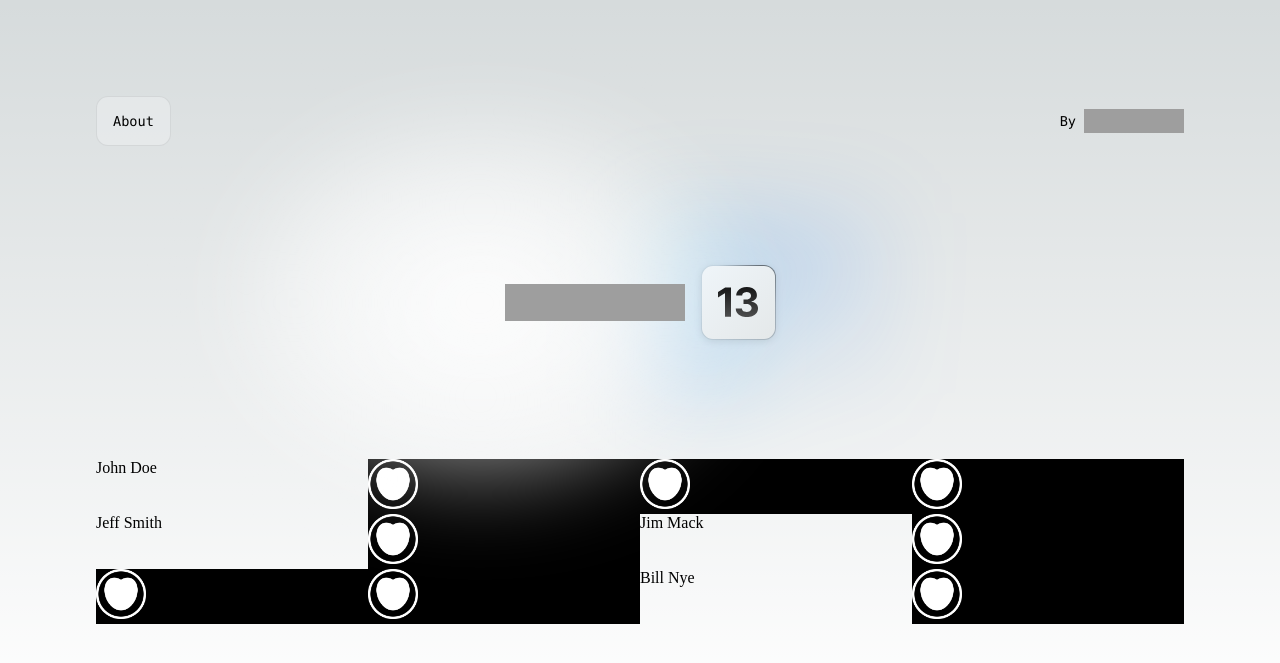
Repository: karthur1/class-example-3
Page: /
The author's editor kept a copy of each file at every save. The page is drawn from the files as they stood at one save, then again after the next save.
The browser window is 1280 px wide. The pictures show the whole page.
Pictures or frames that could not be fetched are drawn as grey boxes. The project was rebuilt for these pictures with package versions that can differ from the ones it lists, and the page was loaded fresh each time. The framework's server and built-in components were replaced by stand-ins that run in the browser. Also part of the build but not shown: next.config.js.

Above is the page before, as saved 2023-01-21 00:07:16.

### pages/index.js
import Head from 'next/head'
import Image from 'next/image'
import { Inter } from '@next/font/google'
import styles from '@/styles/Home.module.css'
import data from '../data/employees.json'
import {useState} from 'react'
import Card from '../components/Card'
import Link from 'next/link'


const inter = Inter({ subsets: ['latin'] })

export default function Home() {

  console.log(data)
  const [information, setInformation] = useState([...data])
  console.log(information)

  return (
    <>
      <Head>
        <title>Create Next App</title>
        <meta name="description" content="Generated by create next app" />
        <meta name="viewport" content="width=device-width, initial-scale=1" />
        <link rel="icon" href="/favicon.ico" />
      </Head>
      <main className={styles.main}>
        <div className={styles.description}>
          <p>
          <Link href="about">About</Link>

          </p>
          <div>
            <a
              href="https://vercel.com?utm_source=create-next-app&utm_medium=default-template&utm_campaign=create-next-app"
              target="_blank"
              rel="noopener noreferrer"
            >
              By{' '}
              <Image
                src="/vercel.svg"
                alt="Vercel Logo"
                className={styles.vercelLogo}
                width={100}
                height={24}
                priority
              />
            </a>
          </div>
        </div>

        <div className={styles.center}>
          <Image
            className={styles.logo}
            src="/next.svg"
            alt="Next.js Logo"
            width={180}
            height={37}
            priority
          />
          <div className={styles.thirteen}>
            <Image
              src="/thirteen.svg"
              alt="13"
              width={40}
              height={31}
              priority
            />
          </div>
        </div>

        <div className={styles.grid}>
          <div>John Doe</div>
          {information && information.map((info, index) => {
            if(info.department === "Business") {
              return(
              <Card key={index} degree={info.degree} colour="black" font="20px"/>
            )
          }
        })}
                  <div>Jeff Smith</div>
          {information && information.map((info, index) => {
            if(info.department === "Computing") {

             return(
              <Card key={index} degree={info.degree} colour="black" font="20px"/>
             )
          }
        })}
                    <div>Jim Mack</div>
          {information && information.map((info, index) => {
            if(info.department === "Business") {

             return(
              <Card key={index} degree={info.degree} colour="black" font="20px"/>
             )
          }
        })}
                    <div>Bill Nye</div>
          {information && information.map((info, index) => {
            if(info.department === "Computing") {

             return(
              <Card key={index} degree={info.degree} colour="black" font="20px"/>
             )
          }
        })}
        </div>
      </main>
    </>
  )
}

### styles/Home.module.css
.main {
  display: flex;
  flex-direction: column;
  justify-content: space-between;
  align-items: center;
  padding: 6rem;
  min-height: 100vh;
}

.description {
  display: inherit;
  justify-content: inherit;
  align-items: inherit;
  font-size: 0.85rem;
  max-width: var(--max-width);
  width: 100%;
  z-index: 2;
  font-family: var(--font-mono);
}

.description a {
  display: flex;
  justify-content: center;
  align-items: center;
  gap: 0.5rem;
}

.description p {
  position: relative;
  margin: 0;
  padding: 1rem;
  background-color: rgba(var(--callout-rgb), 0.5);
  border: 1px solid rgba(var(--callout-border-rgb), 0.3);
  border-radius: var(--border-radius);
}

.code {
  font-weight: 700;
  font-family: var(--font-mono);
}

.grid {
  display: grid;
  grid-template-columns: repeat(4, minmax(25%, auto));
  width: var(--max-width);
  max-width: 100%;
}



.card {
  padding: 1rem 1.2rem;
  border-radius: var(--border-radius);
  background: rgba(var(--card-rgb), 0);
  border: 1px solid rgba(var(--card-border-rgb), 0);
  transition: background 200ms, border 200ms;
}

.card span {
  display: inline-block;
  transition: transform 200ms;
}

.card h2 {
  font-weight: 600;
  margin-bottom: 0.7rem;
}

.card p {
  margin: 0;
  opacity: 0.6;
  font-size: 0.9rem;
  line-height: 1.5;
  max-width: 30ch;
}

.center {
  display: flex;
  justify-content: center;
  align-items: center;
  position: relative;
  padding: 4rem 0;
}

.center::before {
  background: var(--secondary-glow);
  border-radius: 50%;
  width: 480px;
  height: 360px;
  margin-left: -400px;
}

.center::after {
  background: var(--primary-glow);
  width: 240px;
  height: 180px;
  z-index: -1;
}

.center::before,
.center::after {
  content: '';
  left: 50%;
  position: absolute;
  filter: blur(45px);
  transform: translateZ(0);
}

.logo,
.thirteen {
  position: relative;
}

.thirteen {
  display: flex;
  justify-content: center;
  align-items: center;
  width: 75px;
  height: 75px;
  padding: 25px 10px;
  margin-left: 16px;
  transform: translateZ(0);
  border-radius: var(--border-radius);
  overflow: hidden;
  box-shadow: 0px 2px 8px -1px #0000001a;
}

.thirteen::before,
.thirteen::after {
  content: '';
  position: absolute;
  z-index: -1;
}

/* Conic Gradient Animation */
.thirteen::before {
  animation: 6s rotate linear infinite;
  width: 200%;
  height: 200%;
  background: var(--tile-border);
}

/* Inner Square */
.thirteen::after {
  inset: 0;
  padding: 1px;
  border-radius: var(--border-radius);
  background: linear-gradient(
    to bottom right,
    rgba(var(--tile-start-rgb), 1),
    rgba(var(--tile-end-rgb), 1)
  );
  background-clip: content-box;
}

/* Enable hover only on non-touch devices */
@media (hover: hover) and (pointer: fine) {
  .card:hover {
    background: rgba(var(--card-rgb), 0.1);
    border: 1px solid rgba(var(--card-border-rgb), 0.15);
  }

  .card:hover span {
    transform: translateX(4px);
  }
}

@media (prefers-reduced-motion) {
  .thirteen::before {
    animation: none;
  }

  .card:hover span {
    transform: none;
  }
}

/* Mobile */
@media (max-width: 700px) {
  .content {
    padding: 4rem;
  }

  .grid {
    grid-template-columns: 1fr;
    margin-bottom: 120px;
    max-width: 320px;
    text-align: center;
  }

  .card {
    padding: 1rem 2.5rem;
  }

  .card h2 {
    margin-bottom: 0.5rem;
  }

  .center {
    padding: 8rem 0 6rem;
  }

  .center::before {
    transform: none;
    height: 300px;
  }

  .description {
    font-size: 0.8rem;
  }

  .description a {
    padding: 1rem;
  }

  .description p,
  .description div {
    display: flex;
    justify-content: center;
    position: fixed;
    width: 100%;
  }

  .description p {
    align-items: center;
    inset: 0 0 auto;
    padding: 2rem 1rem 1.4rem;
    border-radius: 0;
    border: none;
    border-bottom: 1px solid rgba(var(--callout-border-rgb), 0.25);
    background: linear-gradient(
      to bottom,
      rgba(var(--background-start-rgb), 1),
      rgba(var(--callout-rgb), 0.5)
    );
    background-clip: padding-box;
    backdrop-filter: blur(24px);
  }

  .description div {
    align-items: flex-end;
    pointer-events: none;
    inset: auto 0 0;
    padding: 2rem;
    height: 200px;
    background: linear-gradient(
      to bottom,
      transparent 0%,
      rgb(var(--background-end-rgb)) 40%
    );
    z-index: 1;
  }
}

/* Tablet and Smaller Desktop */
@media (min-width: 701px) and (max-width: 1120px) {
  .grid {
    grid-template-columns: repeat(2, 50%);
  }
}

@media (prefers-color-scheme: dark) {
  .vercelLogo {
    filter: invert(1);
  }

  .logo,
  .thirteen img {
    filter: invert(1) drop-shadow(0 0 0.3rem #ffffff70);
  }
}

@keyframes rotate {
  from {
    transform: rotate(360deg);
  }
  to {
    transform: rotate(0deg);
  }
}

### data/employees.json
[
    {
        "firstName": "John Doe",
        "favouriteFood": "Pizza",
        "bloodType": "AB",
        "department": "Business",
        "degree": "Finance",
        "graduted": 2004
    },
    {
        "firstName": "Jeff Smith",
        "favouriteFood": "Cake",
        "bloodType": "A",
        "department": "Business",
        "degree": "Finance",
        "graduted": 2009
    },
    {
        "firstName": "Jim Mack",
        "favouriteFood": "Pizza",
        "bloodType": "A",
        "department": "Business",
        "degree": "Business",
        "graduted": 2009
    },
    {
        "firstName": "Bill Nye",
        "favouriteFood": "Cake",
        "bloodType": "A",
        "department": "Computing",
        "degree": "Business",
        "graduted": 2010
    }
]

### components/Card/index.js
export default function Card( {
   degree = "none",
   colour = "purple",
   font = "0",
   images = "icons/icon3.png"

    }) {   return(
        <div style={{backgroundColor: colour, fontSize:font}}>
                {
                    colour === "black" ? <img src={'icons/icon2.png'} width="50"/>:
                    colour === "black" ? <img src={'icons/icon3.jpg'} width="50"/>:
                                        <img src={images} width="50"/>
                }
                {degree}

        </div>
    )
}

Loaded but not shown: pages/_app.js (common file); pages/_document.js (common file); styles/globals.css (common file)

After the next save:
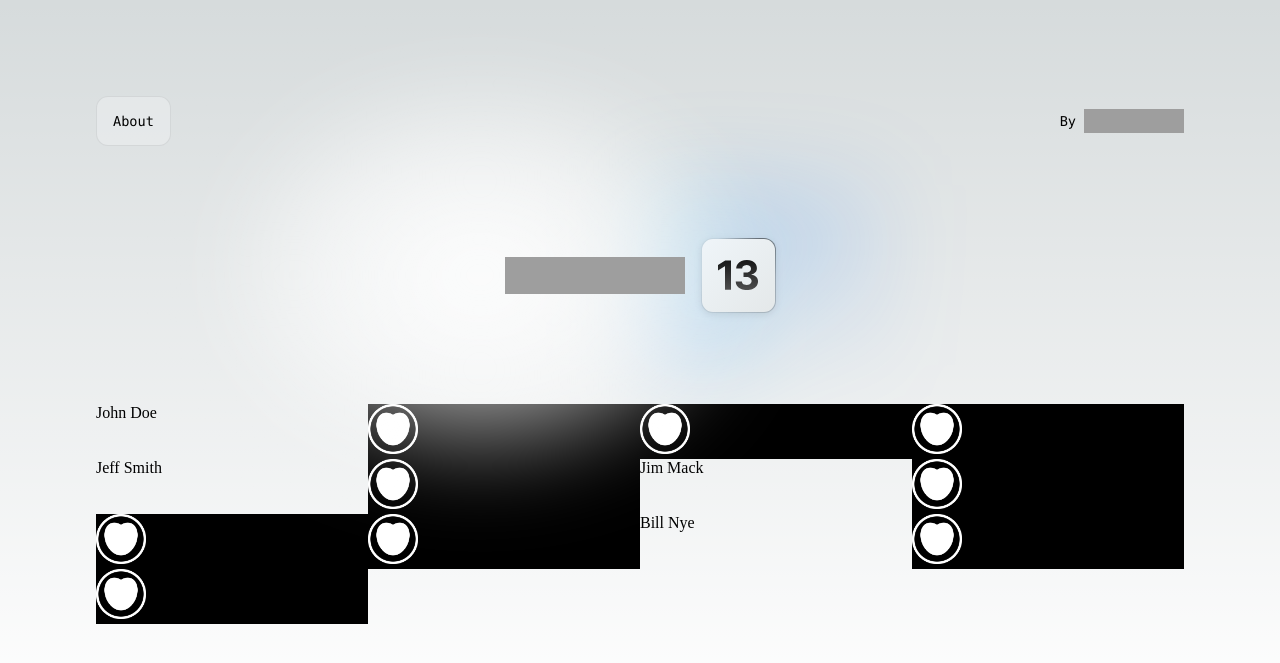
Saved 39 s later.
--- a/pages/index.js
+++ b/pages/index.js
@@ -98,7 +98,7 @@
         })}
                     <div>Bill Nye</div>
           {information && information.map((info, index) => {
-            if(info.department === "Computing") {
+            if(info.favouriteFood === "Pizza") {
 
              return(
               <Card key={index} degree={info.degree} colour="black" font="20px"/>

After the save that followed:
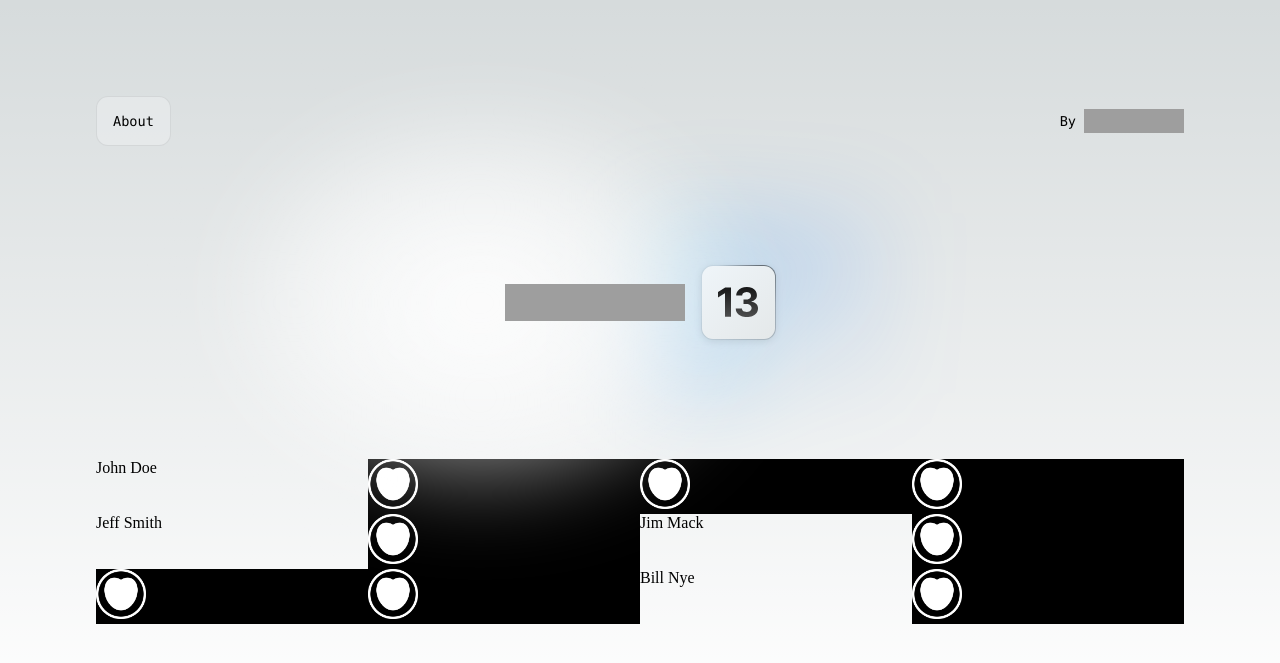
Saved 13 s later.
--- a/pages/index.js
+++ b/pages/index.js
@@ -98,7 +98,7 @@
         })}
                     <div>Bill Nye</div>
           {information && information.map((info, index) => {
-            if(info.favouriteFood === "Pizza") {
+            if(info.department === "Computing") {
 
              return(
               <Card key={index} degree={info.degree} colour="black" font="20px"/>
